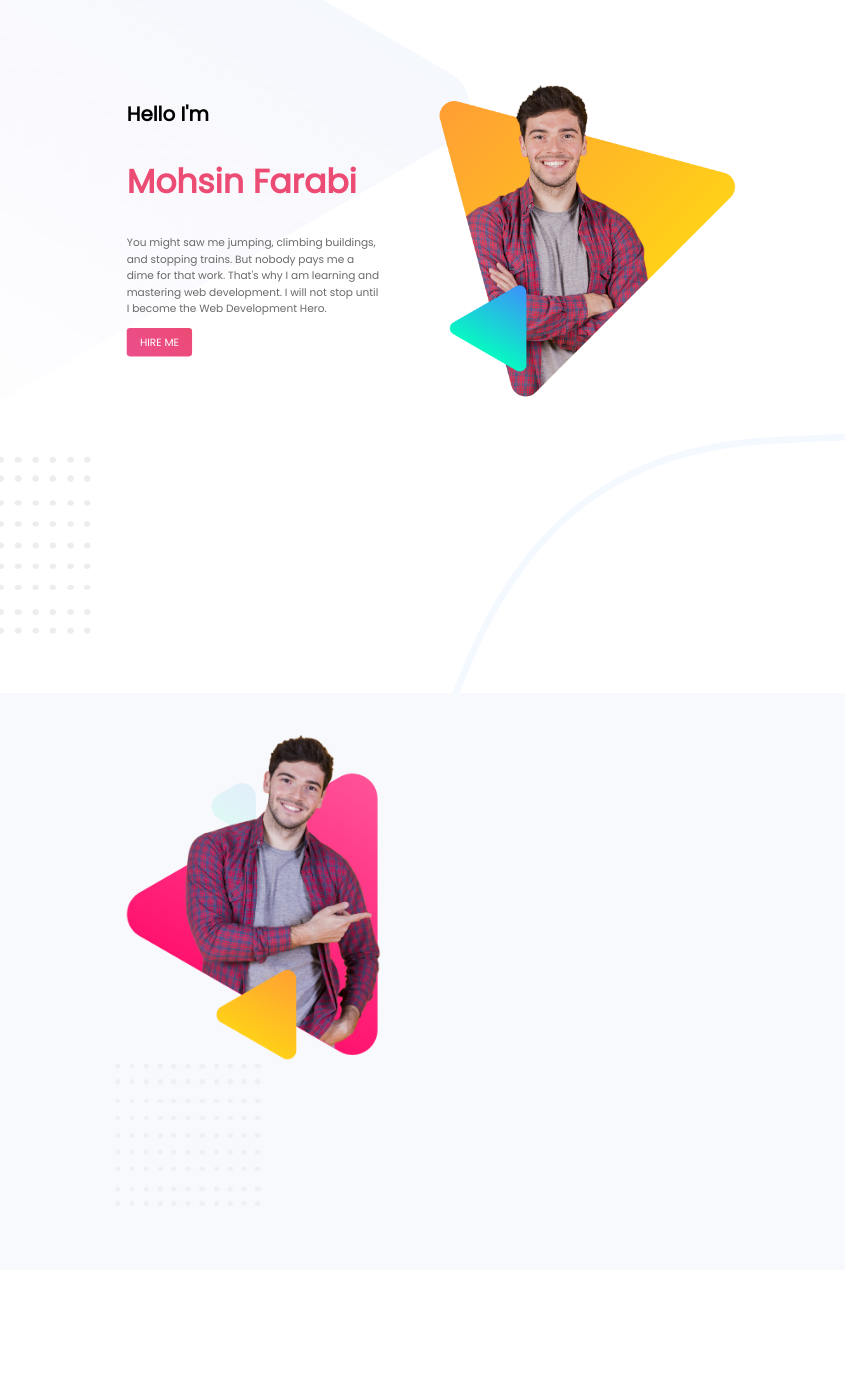
Repository: mohsinfarabi/personal-website
Page: index.html
The author's editor kept a copy of each file at every save. The page is drawn from the files as they stood at one save, then again after the next save.
The browser window is 1280 px wide. The pictures show the whole page, at 66% of full size.

Above is the page before, as saved 2020-07-01 15:47:08.

After the next save:
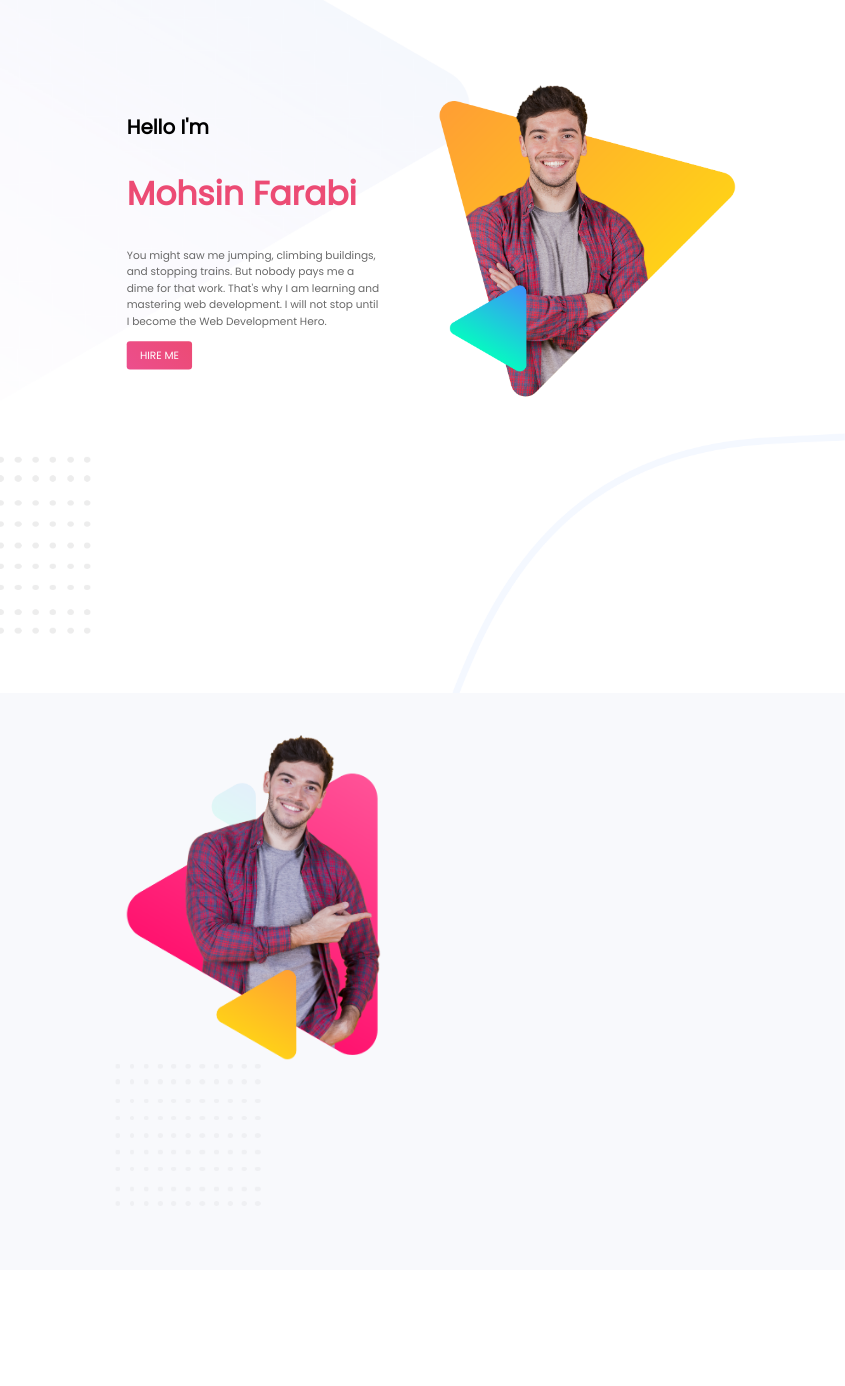
Saved 10 s later.
--- a/style.css
+++ b/style.css
@@ -29,7 +29,7 @@ p {
 .half-width h2 {}
 
 .half-width h3 {
-    padding-top: 15%;
+    padding-top: 20%;
 }
 
 .half-width img {
